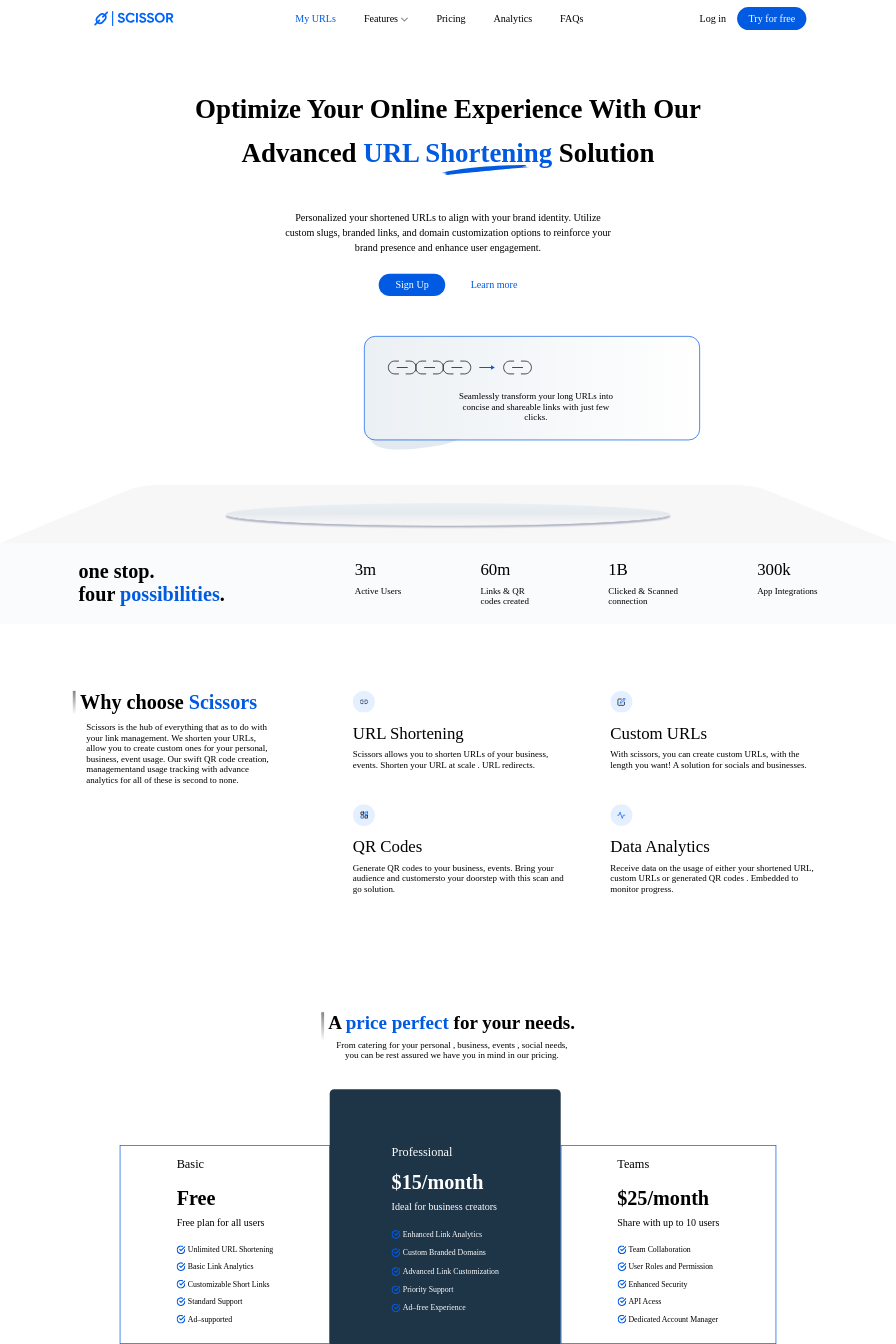
Repository: dark-txch/ass-1-6
Page: src/pages/scissors.html
An editor plug-in stored every save of this project. The page is shown before and after the next save, followed by the edit.
The browser window is 1280 px wide. The pictures show the part of the page from y = 0 to 1920 px (the page is 4397 px tall), at 70% of full size.
Some web libraries are served in a nearby version.

Above is the page before, as saved 2024-11-29 19:10:21.

After the next save:
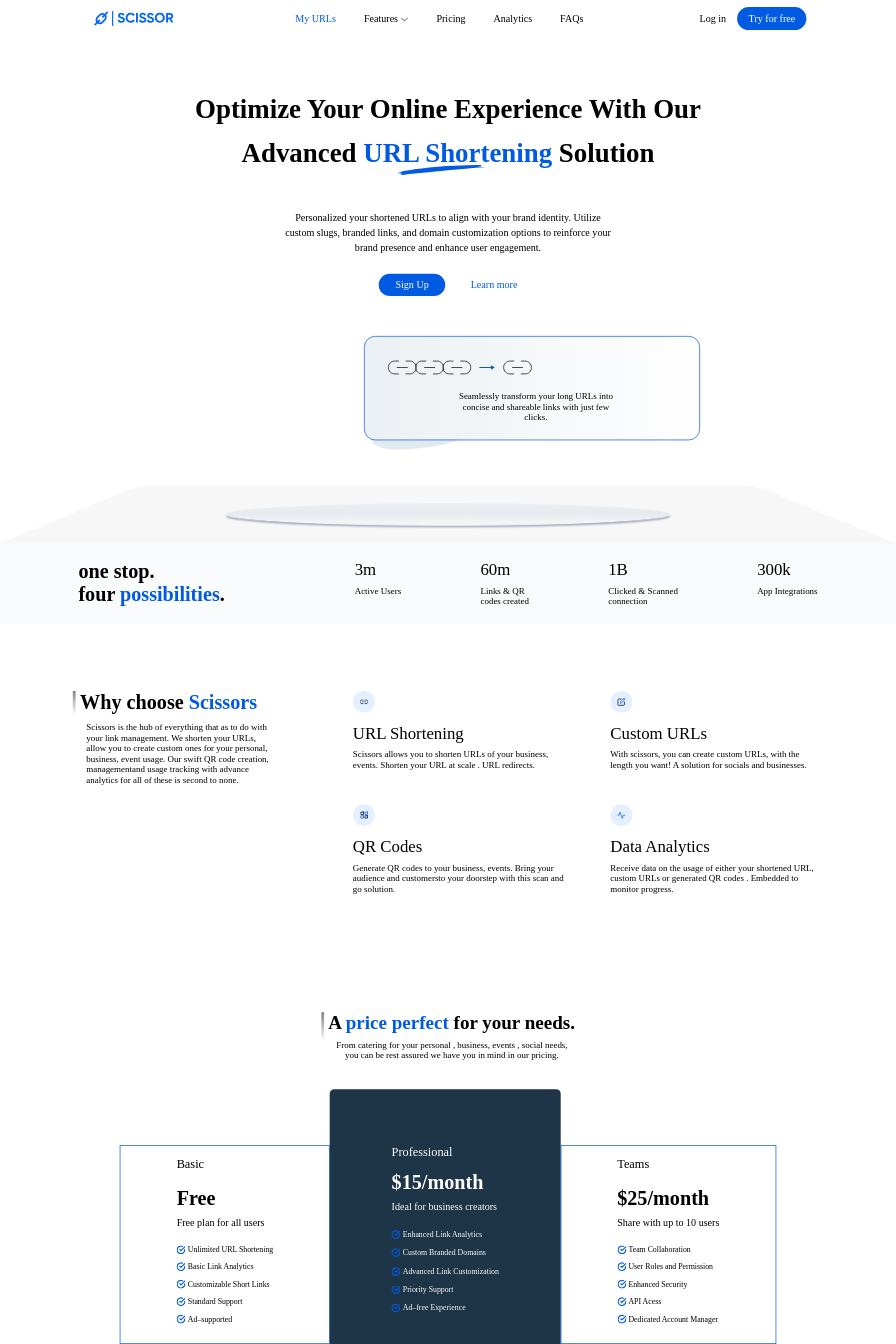
Saved 5 s later.
--- a/src/styles/scissors/scissors.css
+++ b/src/styles/scissors/scissors.css
@@ -117,7 +117,7 @@
 	#textCap > img {
 		width: 8rem;
 		position: absolute;
-		transform: translate(-19rem, 3rem);
+		transform: translate(-23rem, 3rem);
 	}
 
 	& p {
